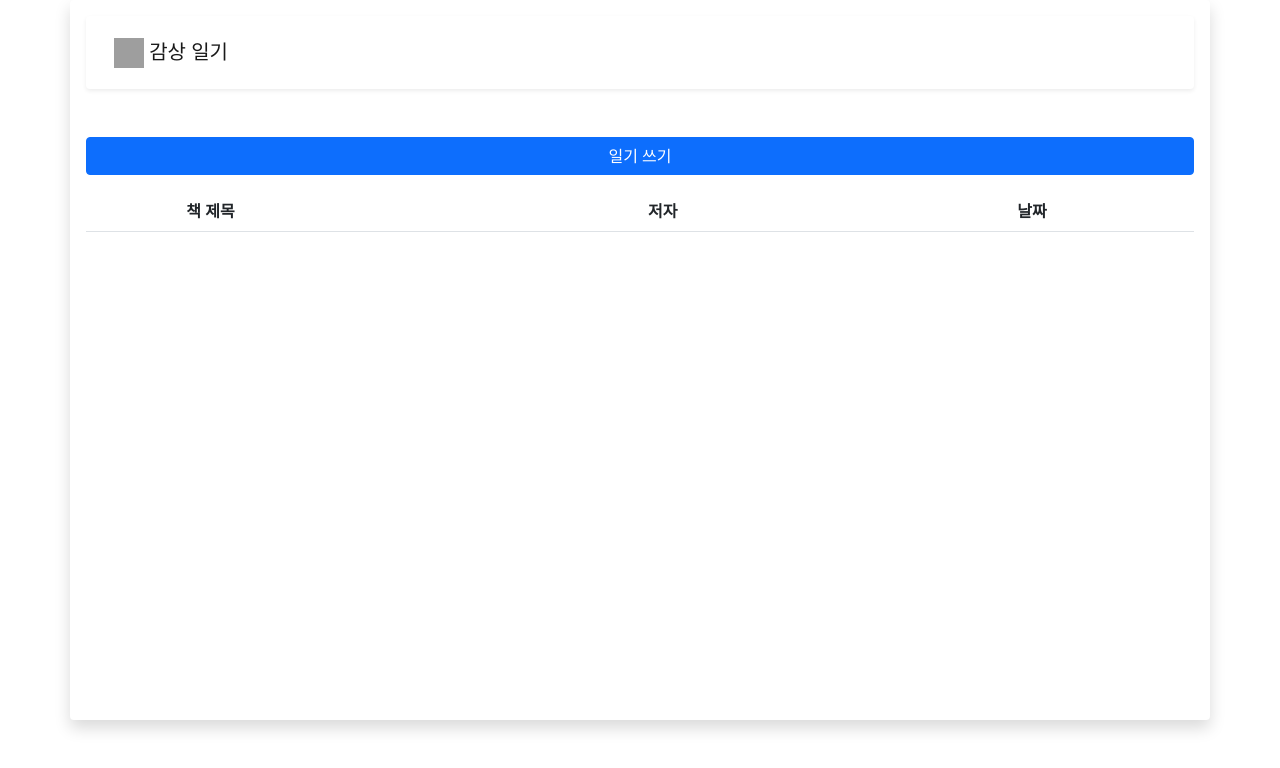
Repository: EunSung98/readMemo
Page: http://localhost/cultureMemoProject/memo/diary.jsp
An editor plug-in stored every save of this project. The page is shown before and after the next save, followed by the edit.
The browser window is 1280 px wide. The pictures show the whole page.
Pictures or frames that could not be fetched are drawn as grey boxes. The page is served by Tomcat 9. Other server files are loaded and not shown. Queries for data that is not in the repository find no rows.

Above is the page before, as saved 2023-06-07 12:35:23.

### cultureMemoProject/src/main/webapp/memo/diary.jsp
<%@page import="books.bookDo"%>
<%@page import="java.util.ArrayList"%>
<%@ page language="java" contentType="text/html; charset=UTF-8"
    pageEncoding="UTF-8"%>
<!DOCTYPE html>
<html>
<head>
<meta charset="UTF-8">
<title>Insert title here</title>
</head>
<body>
<div class="container shadow p-3 mb-5 bg-body rounded vh-100">
	<jsp:include page="../header.jsp"/>
	<div class="d-grid mt-5 w-0">
	  <button class="btn btn-primary " type="button" onclick="location.href='upload.jsp'">일기 쓰기</button>
	</div>

	<table class="table table-striped mt-3">
	  <thead>
	    <tr>
	      <th class="col-1" scope="col"></th>
	      <th class="col-5"  scope="col">책 제목</th>
	      <th class="col-4" scope="col">저자</th>
	      <th class="col-3"  scope="col">날짜</th>
	    </tr>
	  </thead>
	    <tbody>

	   <jsp:useBean id="bdao" class="books.bookDao" scope="application" />

	<%
		String id = (String) session.getAttribute("id");

		ArrayList<bookDo> b = bdao.getAll(id);

		for(int i=0; i<b.size(); i++){
			bookDo bdo = b.get(i);
	%>
		<tr style="cursor: pointer" onclick="location.href='page.jsp?book=<%= bdo.getBookName()%>'">
	      <th scope="row"><%= i+1 %></th>
	      <td><%= bdo.getBookName() %></td>
	      <td><%= bdo.getWriter() %></td>
	      <td><%= bdo.getDate() %></td>
	    </tr>
	<%
		}
	%>
	  </tbody>
	</table>
</div>
</body>
</html>

### cultureMemoProject/src/main/webapp/header.jsp
<%@ page language="java" contentType="text/html; charset=UTF-8"
    pageEncoding="UTF-8"%>
<!DOCTYPE html>
<html>
<head>
<meta charset="UTF-8">
<link href="https://cdn.jsdelivr.net/npm/bootstrap@5.1.3/dist/css/bootstrap.min.css" rel="stylesheet" integrity="sha384-1BmE4kWBq78iYhFldvKuhfTAU6auU8tT94WrHftjDbrCEXSU1oBoqyl2QvZ6jIW3" crossorigin="anonymous">
<script src="https://cdn.jsdelivr.net/npm/bootstrap@5.1.3/dist/js/bootstrap.bundle.min.js" integrity="sha384-ka7Sk0Gln4gmtz2MlQnikT1wXgYsOg+OMhuP+IlRH9sENBO0LRn5q+8nbTov4+1p" crossorigin="anonymous"></script>
<title>Insert title here</title>
</head>
<body>
<nav class="bg-light navbar navbar-light shadow-sm p-3 mb-5 bg-body rounded w-100">
  <div class="container-fluid">
    <a class="navbar-brand" href="#">
      <img src="https://cdn-icons-png.flaticon.com/512/3238/3238016.png" alt="" width="30" height="30" class="d-inline-block align-text-top">
      감상 일기
    </a>
  </div>
</nav>
</body>
</html>

### cultureMemoProject/src/main/java/books/bookDao.java
package books;

import java.sql.Connection;
import java.sql.Date;
import java.sql.DriverManager;
import java.sql.PreparedStatement;
import java.sql.ResultSet;
import java.sql.SQLException;
import java.time.LocalDate;
import java.util.ArrayList;

import javax.naming.Context;
import javax.naming.InitialContext;
import javax.sql.DataSource;

public class bookDao {
	// DB 연동에 필요한 JDBC 클래스 선언
	Connection conn = null;
	PreparedStatement pstmt = null;
	ResultSet rs = null;

	public void uploadBook(bookDo bdo,String userId) {
		System.out.println("uploadBook() 처리 시작");

		//DB 연결
		connect_cp();

		//SQL 처리 루틴
		String sql = "insert into books(bookName,writer,date,content,memberId)"
		+" values(?,?,?,?,?)";

		LocalDate nowTime = LocalDate.now();

		try {
			pstmt = conn.prepareStatement(sql);
			pstmt.setString(1,bdo.getBookName());
			pstmt.setString(2,bdo.getWriter());
			pstmt.setDate(3,Date.valueOf(nowTime));
			pstmt.setString(4,bdo.getContent());
			pstmt.setString(5,userId);

			//sql문 실행 : 테이블에 변화 있으면  update..
			pstmt.executeUpdate();

			System.out.println("uploadBook() 처리 완료");
		} catch (SQLException e) {
			e.printStackTrace();
		}

		//디비 연결 종료
		disConnect();
	}

	public bookDo goPage(String book,String userId) {
		System.out.println("goPage() 처리 시작");
		connect_cp();

		bookDo bdo = new bookDo();

		String sql = "select * from books where bookName=? and memberId=?";
		try {
			pstmt = conn.prepareStatement(sql);
			pstmt.setString(1, book);
			pstmt.setString(2, userId);
			rs = pstmt.executeQuery();
			while(rs.next()) {
				bdo.setBookName(rs.getString(1));
				bdo.setWriter(rs.getString(2));
				bdo.setDate(rs.getTimestamp(3));
				bdo.setContent(rs.getString(4));
				bdo.setMemberId(rs.getString(5));
				System.out.println("goPage() 처리 완료");
			}
		} catch (SQLException e) {
			// TODO Auto-generated catch block
			e.printStackTrace();
		}
		disConnect();

		return bdo;
	}

	public void modifyBook(bookDo bdo,String book,String userId) {
		System.out.println("modifyBook() 처리 시작");

		//DB 연결
		connect_cp();

		//SQL 처리 루틴
		String sql = "update books set bookName=?,writer=?,date=?,content=? "
				+ "where bookName=? and memberId=?";

		try {
			pstmt = conn.prepareStatement(sql);
			pstmt.setString(1,bdo.getBookName());
			pstmt.setString(2,bdo.getWriter());
			pstmt.setDate(3,Date.valueOf(java.time.LocalDate.now()));
			pstmt.setString(4,bdo.getContent());
			pstmt.setString(5, book);
			pstmt.setString(6, userId);

			pstmt.executeUpdate();

			System.out.println("modifyBook() 처리 완료");
		} catch (SQLException e) {
			e.printStackTrace();
		}

		disConnect();
	}

	public void deleteBook(String book,String userId) {
		System.out.println("deleteBook() 처리 시작");
		connect_cp();

		String sql = "delete from books where bookName=? and memberId=?";
		try {
			pstmt = conn.prepareStatement(sql);
			pstmt.setString(1,book);
			pstmt.setString(2, userId);
			pstmt.executeUpdate();
			System.out.println("deleteBook() 처리 완료");
		} catch (SQLException e) {
			e.printStackTrace();
		}

		disConnect();
	}

	public ArrayList<bookDo> getAll(String userId) {
		System.out.println(" getAll() 처리 시작");

		//DB 연결
		connect_cp();
		ArrayList<bookDo> bList = new ArrayList<bookDo>();

		//SQL 처리 루틴
		String sql = "select * from books where memberId=?";

		try {
			pstmt = conn.prepareStatement(sql);
			pstmt.setString(1, userId);
			rs = pstmt.executeQuery();

			while(rs.next()) {
				bookDo bdo = new bookDo();
				bdo.setBookName(rs.getString(1));
				bdo.setWriter(rs.getString(2));
				bdo.setDate(rs.getTimestamp(3));
				bdo.setContent(rs.getString(4));
				bdo.setMemberId(rs.getString(5));

				bList.add(bdo);
			}
			System.out.println("getAll() 처리 완료");
		} catch (SQLException e) {
			e.printStackTrace();
		}
		disConnect();

		return bList;
	}

	public void connect_cp() {
		try {
			//context 객체 생성
			Context initctx = new InitialContext();
			//context.xml 접근
			Context envctx = (Context) initctx.lookup("java:/comp/env");

			//'jdbc/pool' 이름의 커넥션 풀에 접근
			DataSource ds = (DataSource) envctx.lookup("jdbc/pool");
			//collection pool로부터 collection 하나 빌려오기
			conn = ds.getConnection();

			System.out.println("collection pool로부터 디비 연결 성공");
		} catch (Exception e) {
			// TODO Auto-generated catch block
			e.printStackTrace();
		}

	}

	public void disConnect() {
		if(conn != null) {
			try {
				conn.close();
			}catch(SQLException e) {
				e.printStackTrace();
			}
		}
		if(pstmt != null) {
			try {
				pstmt.close();
			}catch(SQLException e) {
				e.printStackTrace();
			}
		}
		if(rs != null) {
			try {
				rs.close();
			} catch (SQLException e) {
				e.printStackTrace();
			}
		}
	}
}

After the next save:
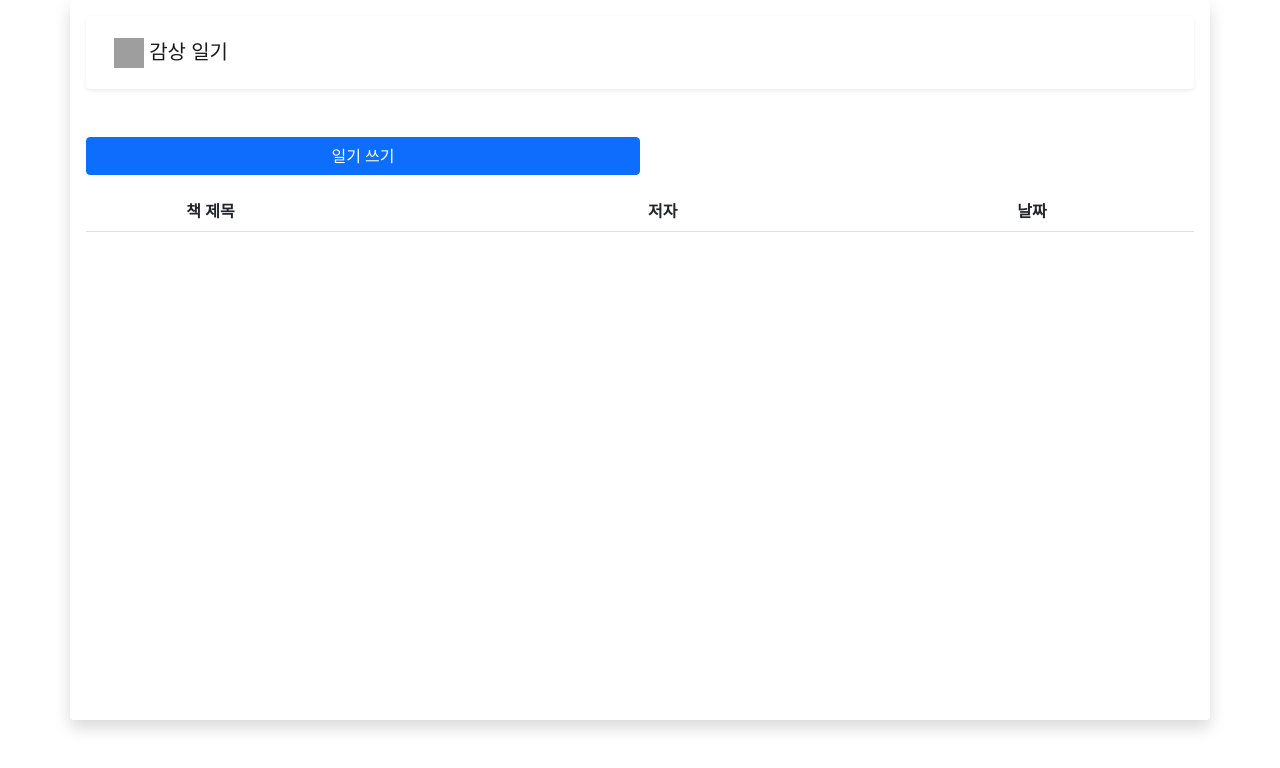
Saved 5 s later.
--- a/cultureMemoProject/src/main/webapp/memo/diary.jsp
+++ b/cultureMemoProject/src/main/webapp/memo/diary.jsp
@@ -11,7 +11,7 @@
 <body>
 <div class="container shadow p-3 mb-5 bg-body rounded vh-100">
 	<jsp:include page="../header.jsp"/>
-	<div class="d-grid mt-5 w-0">
+	<div class="d-grid mt-5 w-50">
 	  <button class="btn btn-primary " type="button" onclick="location.href='upload.jsp'">일기 쓰기</button>
 	</div>
 
